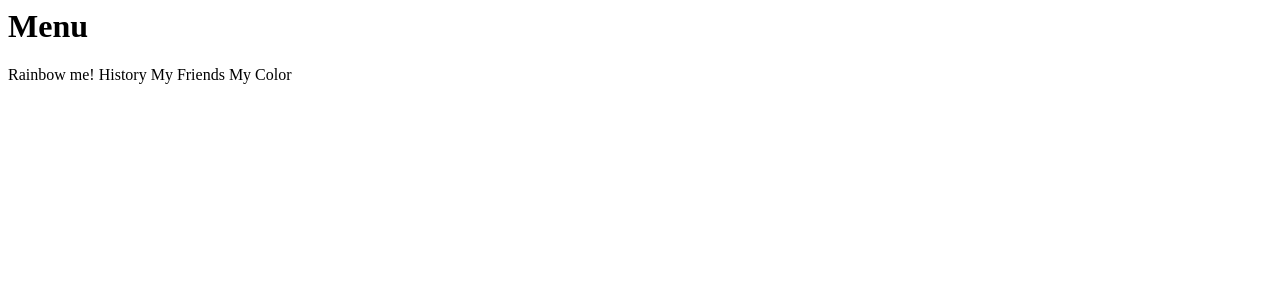
Repository: agustinbaretto/rainbow
Page: templates/menu.html
The author's editor kept a record of every edit. The page is drawn from the files as they stood at one moment, then again after the next edit.
The browser window is 1280 px wide. The pictures show the whole page.

Above is the page before.

### templates/menu.html
<ion-side-menus>
  <ion-pane ion-side-menu-content>
    <ion-nav-view name="menuContent" animation="slide-left-right"></ion-nav-view>
  </ion-pane>

  <ion-side-menu side="left">
    <header class="bar bar-header bar-stable">
      <h1 class="title">Menu</h1>
    </header>
    <ion-content class="has-header">
      <ion-list>
        <ion-item nav-clear menu-close href="#/app/rainbow">
          Rainbow me!
        </ion-item>
        <ion-item nav-clear menu-close href="#/app/history">
          History
        </ion-item>
        <ion-item nav-clear menu-close href="#/app/friends">
          My Friends
        </ion-item>
        <ion-item nav-clear menu-close href="#/app/profiles/{{user.id}}">
          My Color
        </ion-item>
      </ion-list>
    </ion-content>
  </ion-side-menu>
</ion-side-menus>

After the next edit:
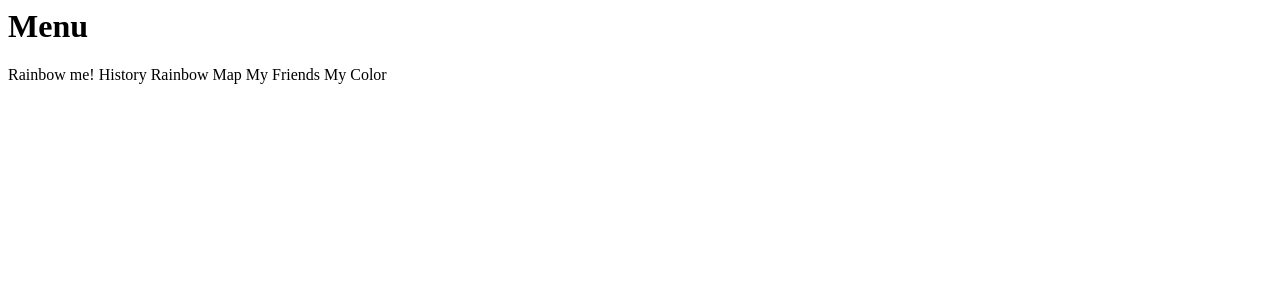
The edit:
--- a/templates/menu.html
+++ b/templates/menu.html
@@ -15,6 +15,9 @@
         <ion-item nav-clear menu-close href="#/app/history">
           History
         </ion-item>
+        <ion-item nav-clear menu-close href="#/app/map">
+          Rainbow Map
+        </ion-item>
         <ion-item nav-clear menu-close href="#/app/friends">
           My Friends
         </ion-item>
